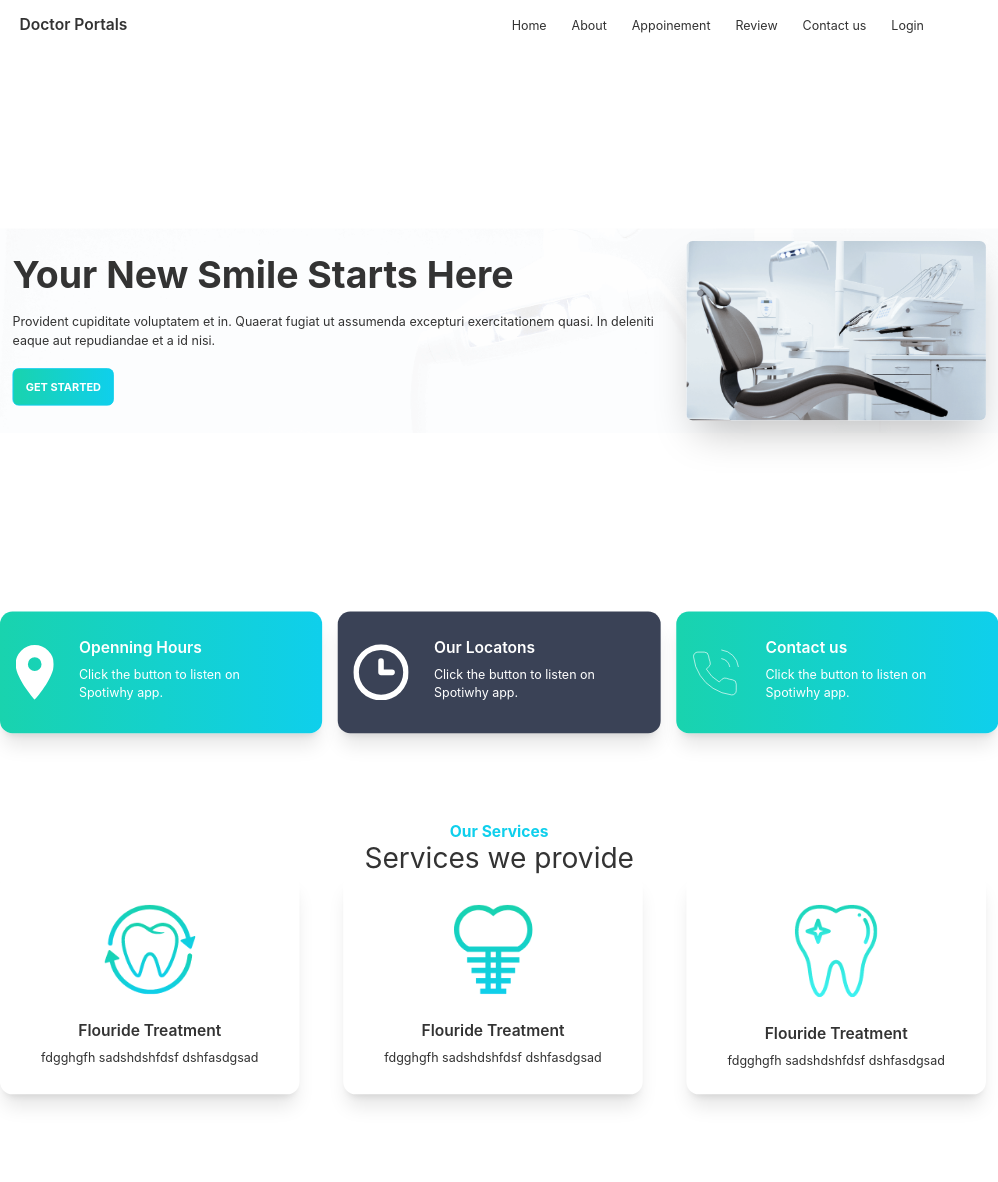
Repository: devsajid/doctors-portal-client
Page: /
The author's editor kept a copy of each file at every save. The page is drawn from the files as they stood at one save, then again after a run of saves.
The browser window is 1280 px wide. The pictures show the whole page, at 78% of full size.
Backgrounds fixed to the window are drawn as part of the page. The project was rebuilt for these pictures with package versions that can differ from the ones it lists, and the page was loaded fresh each time. Also part of the build but not shown: src/App.css, src/Pages/About/About.js, src/Pages/Appoinment/Appoinment.js, src/Pages/Contact/Contact.js, src/Pages/Login/Login.js, src/Pages/Review/Review.js.

Above is the page before, as saved 2022-08-05 22:10:53.

### src/index.js
import React from "react";
import ReactDOM from "react-dom/client";
import "./index.css";
import App from "./App";
import reportWebVitals from "./reportWebVitals";
import { BrowserRouter } from "react-router-dom";
const root = ReactDOM.createRoot(document.getElementById("root"));
root.render(
  <React.StrictMode>
    <BrowserRouter>
      <App />
    </BrowserRouter>
  </React.StrictMode>
);

reportWebVitals();

### src/App.js
import "./App.css";
import Navbar from "./Pages/Home/Share/Navbar/Navbar";
import { Routes, Route } from "react-router-dom";
import Home from "./Pages/Home/Home";
import About from "./Pages/About/About";
import Appoinement from "./Pages/Appoinment/Appoinment";
import Contact from "./Pages/Contact/Contact";
import Login from "./Pages/Login/Login";
import Review from "./Pages/Review/Review";
function App() {
  return (
    <div>
      <Navbar></Navbar>
      <Routes>
        <Route path="/" element={<Home />} />
        <Route path="about" element={<About />} />
        <Route path="appoinement" element={<Appoinement />} />
        <Route path="contact" element={<Contact />} />
        <Route path="login" element={<Login />} />
        <Route path="review" element={<Review />} />
      </Routes>
    </div>
  );
}

export default App;

### src/Pages/Home/Share/Navbar/Navbar.js
import React from "react";
import { Link } from "react-router-dom";

const Navbar = () => {
  const menuItem = (
    <>
      {" "}
      <li>
        <Link to="/">Home</Link>
      </li>
      <li>
        <Link to="about">About</Link>
      </li>
      <li>
        <Link to="appoinement">Appoinement</Link>
      </li>
      <li>
        <Link to="review">Review</Link>
      </li>
      <li>
        <Link to="contact">Contact us</Link>
      </li>
      <li>
        <Link to="login">Login</Link>
      </li>
    </>
  );
  return (
    <div>
      <div class="navbar   bg-base-100">
        <div class="navbar-start">
          <div class="dropdown">
            <label tabindex="0" class="btn btn-ghost lg:hidden">
              <svg
                xmlns="http://www.w3.org/2000/svg"
                class="h-5 w-5"
                fill="none"
                viewBox="0 0 24 24"
                stroke="currentColor"
              >
                <path
                  stroke-linecap="round"
                  stroke-linejoin="round"
                  stroke-width="2"
                  d="M4 6h16M4 12h8m-8 6h16"
                />
              </svg>
            </label>
            <ul
              tabindex="0"
              class="menu menu-compact dropdown-content mt-3 p-2 shadow bg-base-100 rounded-box w-52"
            >
              {menuItem}
            </ul>
          </div>
          <a class="btn btn-ghost normal-case text-xl">Doctor Portals</a>
        </div>
        <div class="navbar-center hidden lg:flex">
          <ul class="menu menu-horizontal p-0">{menuItem}</ul>
        </div>
      </div>
    </div>
  );
};

export default Navbar;

### src/Pages/Home/Home.js
import React from "react";
import Services from "../Services/Services";
import Banner from "./Banner/Banner";
import Info from "./Info/Info";

const Home = () => {
  return (
    <div>
      <Banner></Banner>
      <Info></Info>
      <Services></Services>
    </div>
  );
};

export default Home;

### src/Pages/Services/Services.js
import React from "react";
import fluoride from "../../assets/images/fluoride.png";
import cavity from "../../assets/images/cavity.png";
import whitening from "../../assets/images/whitening.png";
import Service from "./Service";
const Services = () => {
  const services = [
    {
      _id: 1,
      name: "Flouride Treatment",
      description: "fdgghgfh sadshdshfdsf dshfasdgsad",
      img: fluoride,
    },
    {
      _id: 2,
      name: "Flouride Treatment",
      description: "fdgghgfh sadshdshfdsf dshfasdgsad",
      img: cavity,
    },
    {
      _id: 3,
      name: "Flouride Treatment",
      description: "fdgghgfh sadshdshfdsf dshfasdgsad",
      img: whitening,
    },
  ];
  return (
    <div className="my-28">
      <div className="text-center">
        <h3 className="text-primary text-xl font-bold upparecase">
          Our Services
        </h3>
        <h1 className="text-4xl">Services we provide</h1>
      </div>
      <div className="grid sm:grid-cols-1 md:grid-cols-2 lg:grid-cols-3 gap-10">
        {" "}
        {services.map((service) => (
          <Service key={service._id} service={service}></Service>
        ))}
      </div>
    </div>
  );
};

export default Services;

### src/Pages/Home/Banner/Banner.js
import React from "react";
import chair from "../../../assets/images/chair.png";
import bg from "../../../assets/images/bg.png";
const Banner = () => {
  return (
    <div>
      <div class="hero min-h-screen ">
        <div
          class="hero-content bg-fixed flex-col lg:flex-row-reverse"
          style={{ backgroundImage: `url(${bg})` }}
        >
          <img src={chair} class="max-w-sm rounded-lg shadow-2xl" />
          <div>
            <h1 class="text-5xl font-bold">Your New Smile Starts Here</h1>
            <p class="py-6">
              Provident cupiditate voluptatem et in. Quaerat fugiat ut assumenda
              excepturi exercitationem quasi. In deleniti eaque aut repudiandae
              et a id nisi.
            </p>
            <button class="btn btn-primary uppercase text-white font-bold bg-gradient-to-r from-secondary to-primary">
              Get Started
            </button>
          </div>
        </div>
      </div>
    </div>
  );
};

export default Banner;

### src/Pages/Home/Info/Info.js
import React from "react";
import InfoCard from "../Info/InfoCard";
import clock from "../../../assets/icons/clock.svg";
import marker from "../../../assets/icons/marker.svg";
import phone from "../../../assets/icons/phone.svg";
const Info = () => {
  return (
    <div className="grid grid-cols-1 lg:grid-cols-3 gap-5 ">
      <InfoCard
        cardTitle="Openning Hours"
        bgClass="bg-gradient-to-r from-secondary to-primary"
        img={marker}
      ></InfoCard>
      <InfoCard
        cardTitle="Our Locatons"
        bgClass="bg-accent"
        img={clock}
      ></InfoCard>
      <InfoCard
        cardTitle="Contact us"
        bgClass="bg-gradient-to-r from-secondary to-primary"
        img={phone}
      ></InfoCard>
    </div>
  );
};

export default Info;

### src/Pages/Services/Service.js
import React from "react";

const Service = ({ service }) => {
  return (
    <div class="card lg:max-w-lg w-96 bg-base-100 shadow-xl">
      <figure class="px-10 pt-10">
        <img src={service.img} alt="Shoes" class="rounded-xl" />
      </figure>
      <div class="card-body items-center text-center">
        <h2 class="card-title">{service.name}</h2>
        <p>{service.description}</p>
      </div>
    </div>
  );
};

export default Service;

### src/Pages/Home/Info/InfoCard.js
import React from "react";

const InfoCard = ({ img, cardTitle, bgClass }) => {
  return (
    <div class={`card lg:card-side shadow-xl ${bgClass}`}>
      <figure className="pl-5">
        <img src={img} alt="Album" />
      </figure>
      <div class="card-body text-white">
        <h2 class="card-title">{cardTitle}</h2>
        <p>Click the button to listen on Spotiwhy app.</p>
        <div class="card-actions justify-end"></div>
      </div>
    </div>
  );
};

export default InfoCard;

### tailwind.config.js
/** @type {import('tailwindcss').Config} */
module.exports = {
  content: ["./src/**/*.{html,js}"],
  theme: {
    extend: {},
  },
  daisyui: {
    themes: [
      {
        doctortheme: {
          primary: "#0fcfec",
          secondary: "#19D3AE",
          accent: "#3A4256",
          neutral: "#3d4451",
          "base-100": "#ffffff",
        },
      },
      "dark",
      "cupcake",
    ],
  },
  plugins: [require("daisyui")],
};

Loaded but not shown: public/index.html (common file); src/index.css (common file); src/reportWebVitals.js (common file)

After the next 5 saves:
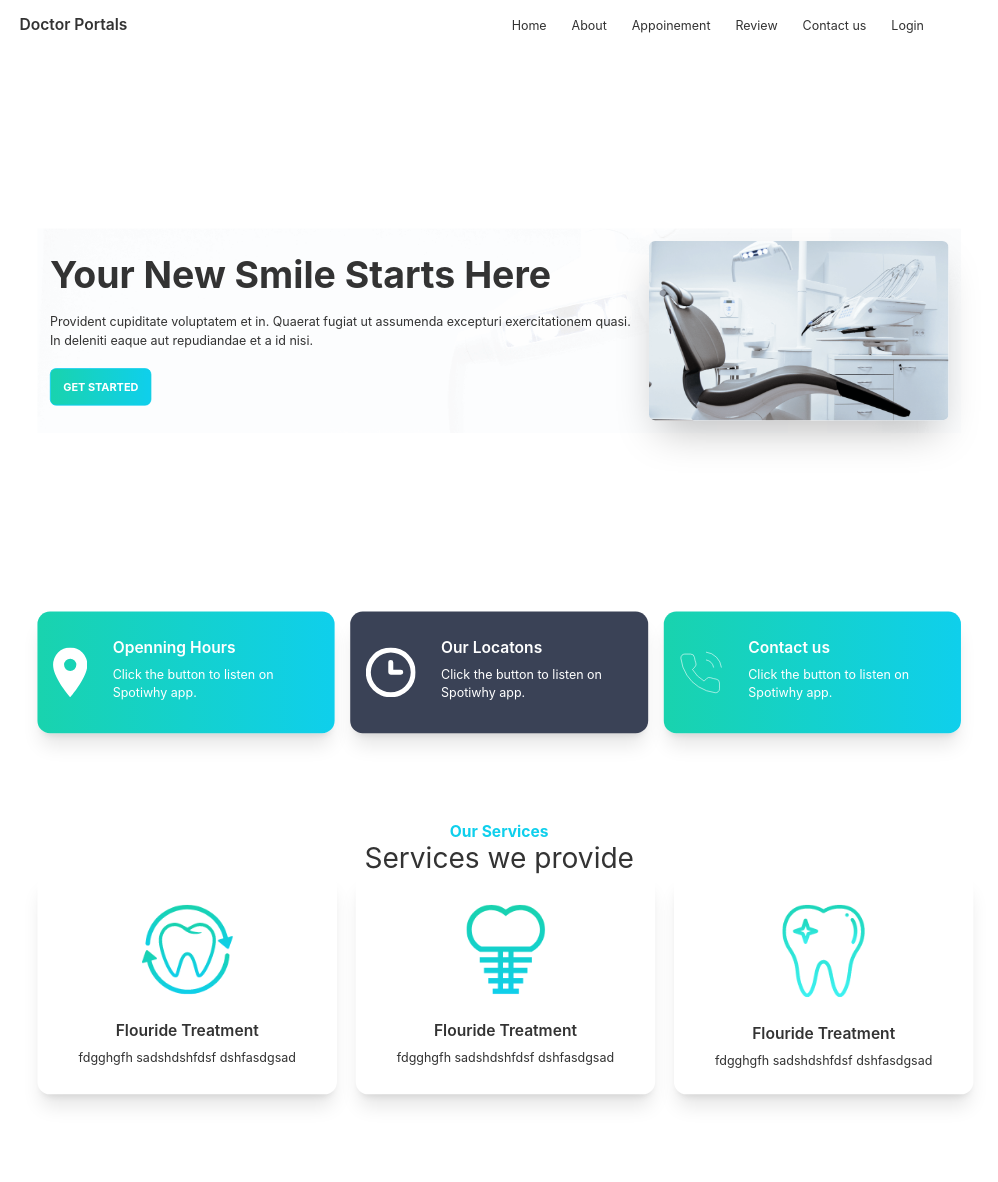
The 5 saves are shown as one change because they came seconds apart.
The last was saved 51 s later.
--- a/src/Pages/Home/Home.js
+++ b/src/Pages/Home/Home.js
@@ -5,7 +5,7 @@ import Info from "./Info/Info";
 
 const Home = () => {
   return (
-    <div>
+    <div className="px-12">
       <Banner></Banner>
       <Info></Info>
       <Services></Services>
